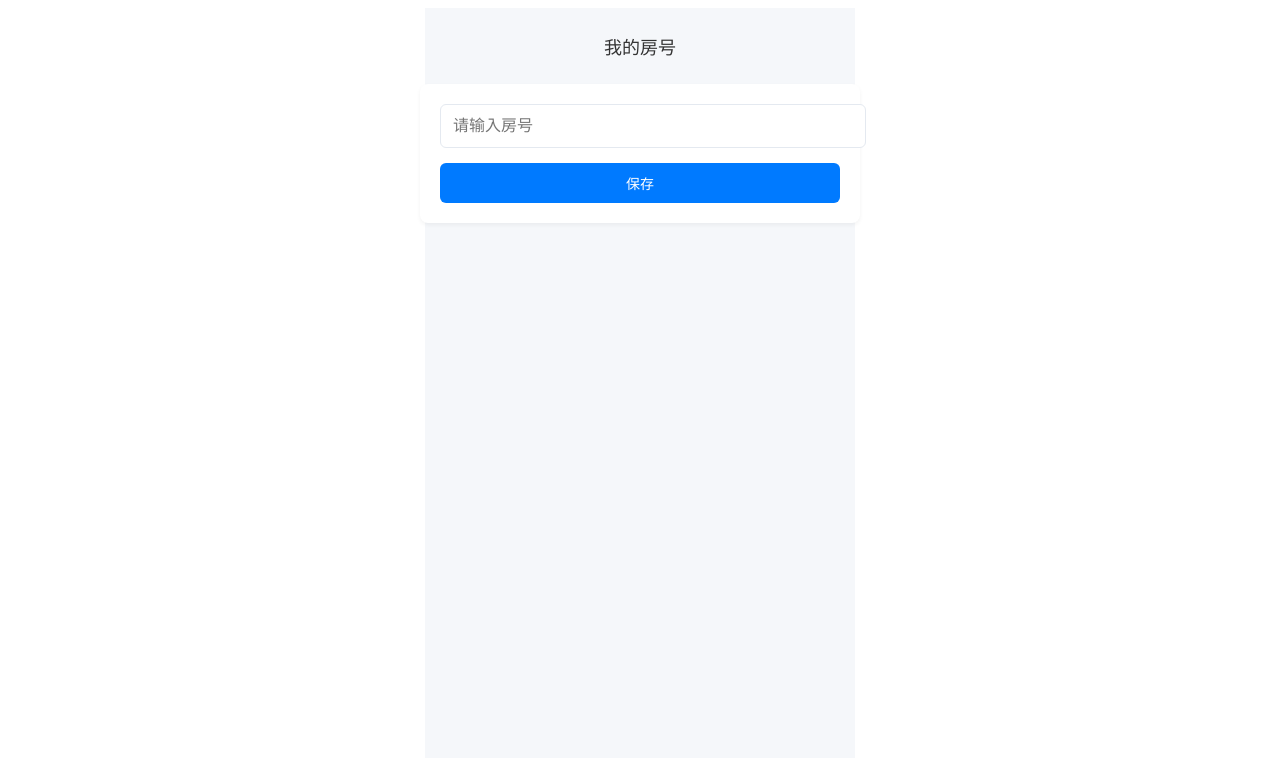
Repository: zhi-shou/moon
Page: /home
The author's editor kept a copy of each file at every save. The page is drawn from the files as they stood at one save, then again after the next save.
The browser window is 1280 px wide. The pictures show the whole page.
The project was rebuilt for these pictures with package versions that can differ from the ones it lists, and the page was loaded fresh each time. Also part of the build but not shown: vite.config.js.

Above is the page before, as saved 2025-01-17 14:54:06.

After the next save:
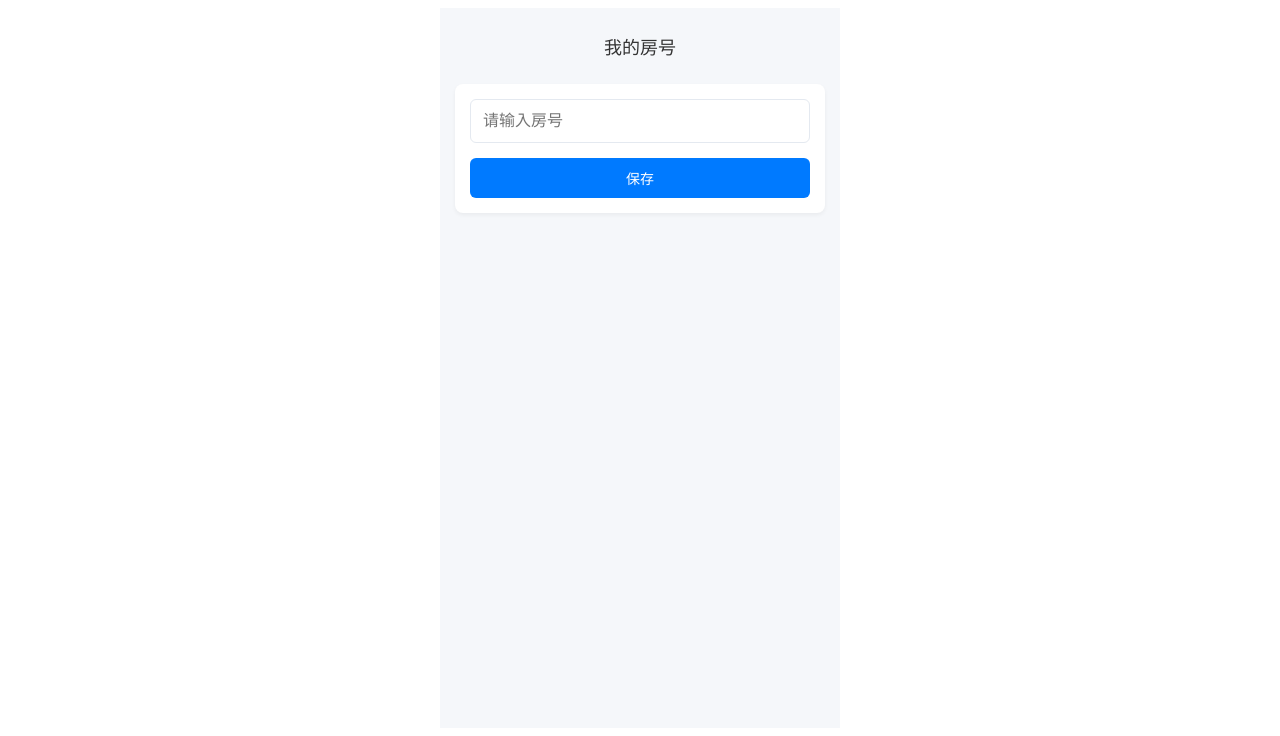
Saved 47 s later.
--- a/src/pages/home.styles.js
+++ b/src/pages/home.styles.js
@@ -8,7 +8,8 @@
     maxWidth: '400px',
     margin: '0 auto',
     backgroundColor: '#f5f7fa',
-    minHeight: '100vh'
+    minHeight: '100vh',
+    boxSizing: 'border-box'
   },
 
   title: {
@@ -30,6 +31,7 @@
     boxShadow: '0 2px 4px rgba(0,0,0,0.05)',
     cursor: 'pointer',
     transition: 'all 0.2s',
+    boxSizing: 'border-box',
     '&:active': {
       transform: 'scale(0.98)'
     }
@@ -37,10 +39,11 @@
 
   inputContainer: {
     width: '100%',
-    padding: '20px',
+    padding: '15px',
     backgroundColor: 'white',
     borderRadius: '8px',
-    boxShadow: '0 2px 4px rgba(0,0,0,0.05)'
+    boxShadow: '0 2px 4px rgba(0,0,0,0.05)',
+    boxSizing: 'border-box'
   },
 
   input: {
@@ -51,6 +54,7 @@
     borderRadius: '6px',
     outline: 'none',
     marginBottom: '15px',
+    boxSizing: 'border-box',
     '&:focus': {
       borderColor: '#007AFF'
     }
@@ -59,7 +63,8 @@
   buttonGroup: {
     display: 'flex',
     gap: '8px',
-    width: '100%'
+    width: '100%',
+    boxSizing: 'border-box'
   },
 
   button: {
@@ -72,6 +77,7 @@
     fontSize: '14px',
     cursor: 'pointer',
     transition: 'all 0.2s',
+    whiteSpace: 'nowrap',
     '&:active': {
       transform: 'scale(0.98)'
     }
